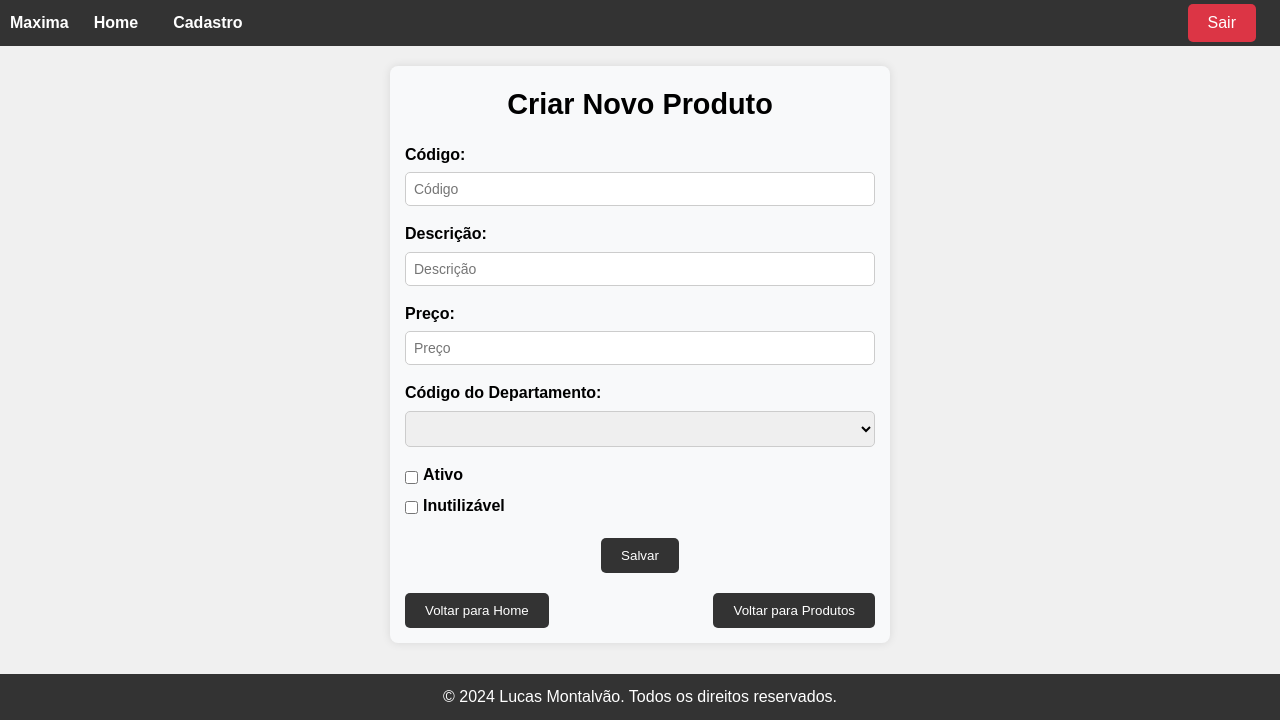
Repository: LucasMontalvao1/ProjetoMaxima
Page: /produto/criar (app in AngularMaxima/)
An editor plug-in stored every save of this project. The page is shown before and after the next save, followed by the edit.
The browser window is 1280 px wide. The pictures show the whole page.
The page's requests for data from a server got no answer. The project was rebuilt for these pictures with package versions that can differ from the ones it lists, and the page was loaded fresh each time. No one was signed in, and anything a server would have sent is missing. Also part of the build but not shown: AngularMaxima/angular.json, AngularMaxima/src/app/pages/login/login.component.ts, AngularMaxima/src/app/pages/home/home.component.ts, AngularMaxima/src/app/pages/produto/produto.component.ts, AngularMaxima/src/app/pages/departamento/departamento.component.ts.

Above is the page before, as saved 2024-07-14 22:16:11.

### AngularMaxima/src/index.html
<!doctype html>
<html lang="en">
<head>
  <meta charset="utf-8">
  <title>AngularMaxima</title>
  <base href="/">
  <meta name="viewport" content="width=device-width, initial-scale=1">
  <link rel="icon" type="image/x-icon" href="favicon.ico">
</head>
<body>
  <app-root></app-root>
</body>
</html>

### AngularMaxima/src/styles.css
* {
  margin: 0;
  padding: 0;
  box-sizing: border-box;
}

body {
  font-family: Arial, sans-serif;
  background-color: #f0f0f0;
  font-size: 16px;
  line-height: 1.6;
}

.container {
  display: flex;
  flex-direction: column;
  justify-content: space-between;
  min-height: 100vh;
}

### AngularMaxima/src/app/app.module.ts
import { NgModule } from '@angular/core';
import { BrowserModule } from '@angular/platform-browser';

import { AppRoutingModule } from './app-routing.module';
import { AppComponent } from './app.component';
import { LoginComponent } from './pages/login/login.component';
import { ReactiveFormsModule } from '@angular/forms';
import { HttpClientModule } from '@angular/common/http';
import { AuthService } from './services/auth.service';
import { HomeComponent } from './pages/home/home.component';
import { MenuComponent } from './layout/menu/menu.component';
import { FooterComponent } from './layout/footer/footer.component';
import { ProdutosComponent } from './pages/produto/produto.component';
import { DepartamentoComponent } from './pages/departamento/departamento.component';
import { ProdutosCriarComponent } from '../../src/app/pages/produto/produto-criar/produto-criar.component';

@NgModule({
  declarations: [
    AppComponent,
    LoginComponent,
    HomeComponent,
    MenuComponent,
    FooterComponent,
    ProdutosComponent,
    DepartamentoComponent,
    ProdutosCriarComponent,

  ],
  imports: [
    BrowserModule,
    AppRoutingModule,
    ReactiveFormsModule,
    HttpClientModule
  ],
  providers: [AuthService],
  bootstrap: [AppComponent]
})
export class AppModule { }

### AngularMaxima/src/app/app-routing.module.ts
import { NgModule } from '@angular/core';
import { RouterModule, Routes } from '@angular/router';
import { LoginComponent } from './pages/login/login.component';
import { HomeComponent } from './pages/home/home.component';
import { ProdutosComponent } from './pages/produto/produto.component';
import { DepartamentoComponent } from './pages/departamento/departamento.component';
import { ProdutosCriarComponent } from './pages/produto/produto-criar/produto-criar.component';

const routes: Routes = [
  { path: '', redirectTo: '/login', pathMatch: 'full'},
  { path: 'login', component: LoginComponent},
  { path: 'home', component: HomeComponent},
  { path: 'produto', component: ProdutosComponent},
  { path: 'produto/criar', component: ProdutosCriarComponent},
  { path: 'departamento', component: DepartamentoComponent},
];

@NgModule({
  imports: [RouterModule.forRoot(routes)],
  exports: [RouterModule]
})
export class AppRoutingModule { }

### AngularMaxima/src/app/app.component.ts
import { Component } from '@angular/core';

@Component({
  selector: 'app-root',
  templateUrl: './app.component.html',
  styleUrls: ['./app.component.css']
})
export class AppComponent {
  title = 'AngularMaxima';
}

### AngularMaxima/src/app/services/auth.service.ts
import { Injectable } from '@angular/core';
import { HttpClient } from '@angular/common/http';
import { Observable } from 'rxjs';
import { environment } from '../../../src/environments/environment';
import { Router } from '@angular/router';

@Injectable({
  providedIn: 'root'
})
export class AuthService {

  private apiUrl = environment.apiUrl;

  constructor(private http: HttpClient, private router: Router) { }

  login(username: string, password: string): Observable<any> {
    const body = { username, password };
    return this.http.post<any>(`${this.apiUrl}/login`, body, { responseType: 'text' as 'json' });
  }

    logout() {
    this.router.navigate(['/login']);
    }
}

### AngularMaxima/src/app/layout/menu/menu.component.ts
import { Component } from '@angular/core';
import { AuthService } from '../../services/auth.service';

@Component({
  selector: 'app-menu',
  templateUrl: './menu.component.html',
  styleUrls: ['./menu.component.css']
})
export class MenuComponent {

  constructor(private authService: AuthService) {}

  logout() {
    this.authService.logout();
  }
}

### AngularMaxima/src/app/pages/produto/produto-criar/produto-criar.component.ts
import { Component, OnInit } from '@angular/core';
import { FormBuilder, FormGroup, Validators } from '@angular/forms';
import { Router } from '@angular/router';
import { ProdutoService } from '../../../services/produto.service';
import { DepartamentoService } from 'src/app/services/departamento.service';
import { Departamento } from 'src/app/models/departamento.model';

@Component({
  selector: 'app-produtos-criar',
  templateUrl: './produto-criar.component.html',
  styleUrls: ['./produto-criar.component.css']
})
export class ProdutosCriarComponent implements OnInit {

  produtoForm!: FormGroup;
  departamentosAtivos: Departamento[] = [];

  constructor(
    private formBuilder: FormBuilder,
    private router: Router,
    private produtoService: ProdutoService,
    private departamentoService: DepartamentoService
  ) {}

  ngOnInit(): void {
    this.produtoForm = this.formBuilder.group({
      codigo: ['', Validators.required],
      descricao: ['', Validators.required],
      preco: ['', Validators.required],
      departamentoCodigo: ['', Validators.required],
      status: [false],
      inutilizavel: [false]
    });

    this.carregarDepartamentos();
  }

  carregarDepartamentos() {
    this.departamentoService.getAllDepartamentos().subscribe(
      (data: Departamento[]) => {
        this.departamentosAtivos = data;
      },
      (error) => {
        console.error('Erro ao carregar departamentos:', error);
      }
    );
  }

  onSubmit() {
    if (this.produtoForm.valid) {
      const statusValue = this.produtoForm.get('status')?.value ? 1 : 0;
      const inutilizavelValue = this.produtoForm.get('inutilizavel')?.value ? 1 : 0;

      const { codigo, descricao, preco, departamentoCodigo } = this.produtoForm.value;

      this.produtoService.createProduto(
        codigo,
        descricao,
        preco,
        departamentoCodigo,
        statusValue,
        inutilizavelValue
      ).subscribe(
        (response) => {
          console.log('Produto criado com sucesso:', response);
          this.router.navigate(['/produtos']);
        },
        (error) => {
          console.error('Erro ao criar produto:', error);
        }
      );
    } else {
      console.error('Formulário inválido. Verifique os campos.');
    }
  }

  voltarParaHome() {
    this.router.navigate(['/home']);
  }

  voltarParaProdutos() {
    this.router.navigate(['/produtos']);
  }
}

### AngularMaxima/src/environments/environment.ts
export const environment = {
  production: false,
  apiUrl: 'https://localhost:7041'
};

### AngularMaxima/src/app/layout/menu/menu.component.html
<div class="menu-container">
  <nav class="menu">
    <ul>
      <li>Maxima</li>
      <li><a routerLink="/home">Home</a></li>
      <li class="cadastro">
        <a>Cadastro</a>
        <div class="submenu">
          <a routerLink="/produto">Produtos</a>
          <a routerLink="/departamento">Departamentos</a>
        </div>
      </li>
    </ul>
  </nav>

  <div class="user-actions">
    <button class="logout-button" (click)="logout()">Sair</button>
  </div>
</div>

### AngularMaxima/src/app/layout/menu/menu.component.css
.menu {
  background-color: #333;
  color: white;
  padding: 10px;
  display: flex;
  justify-content: space-between;
  align-items: center;
  width: 100%;
}

.menu ul {
  list-style-type: none;
  display: flex;
}

.menu ul li {
  margin-right: 15px;
  position: relative;
  font-weight: bold;
}

.menu ul li a {
  color: white;
  text-decoration: none;
  font-weight: bold;
  padding: 10px;
  position: relative;
}

.menu ul li a:hover {
  text-decoration: underline;
}

.submenu {
  display: none;
  position: absolute;
  background-color: #333;
  padding: 10px;
  top: 100%;
  left: 0;
  z-index: 1;
  width: 200px;
}

.menu ul li.cadastro:hover .submenu {
  display: block;
}

.submenu a {
  display: block;
  color: white;
  text-decoration: none;
  padding: 8px 12px;
}

.submenu a:hover {
  background-color: #555;
}

.user-actions {
  margin-left: auto;
}

.logout-button {
  background-color: #dc3545;
  color: white;
  border: none;
  padding: 10px 20px;
  border-radius: 5px;
  cursor: pointer;
  font-size: 1rem;
  margin: 4px;
}

.logout-button:hover {
  background-color: #c82333;
}

.header {
  position: fixed;
  top: 0;
  left: 0;
  width: 100%;
  background-color: #333;
  color: white;
  padding: 10px 20px;
  display: flex;
  justify-content: space-between;
  align-items: center;
}

.menu-container {
  display: flex;
  align-items: center;
}

.user-actions {
  position: absolute;
  top: 0;
  right: 20px;
}

### AngularMaxima/src/app/layout/footer/footer.component.html
<footer class="footer">
  <p>&copy; 2024 Lucas Montalvão. Todos os direitos reservados.</p>
</footer>

### AngularMaxima/src/app/layout/footer/footer.component.css
.footer {
  background-color: #333;
  color: white;
  text-align: center;
  position: fixed;
  bottom: 0;
  left: 0;
  width: 100%;
  padding: 10px 0; /* Ajuste o padding conforme necessário */
}

### AngularMaxima/src/app/services/produto.service.ts
import { Injectable } from '@angular/core';
import { HttpClient } from '@angular/common/http';
import { Observable } from 'rxjs';
import { environment } from '../../../src/environments/environment';
import { Produto } from '../models/produto.model';

@Injectable({
  providedIn: 'root'
})
export class ProdutoService {

  private apiUrl = environment.apiUrl + '/produto';

  constructor(private http: HttpClient) { }

  getAllProdutos(): Observable<Produto[]> {
    return this.http.get<Produto[]>(this.apiUrl);
  }

  getProdutoById(id: number): Observable<Produto> {
    const url = `${this.apiUrl}/${id}`;
    return this.http.get<Produto>(url);
  }

  createProduto(codigo: string, descricao: string, preco: number, departamentoCodigo: string, status: number, inutilizavel: number): Observable<Produto> {
    const produto = {
      id: 0,
      codigo,
      descricao,
      departamentoCodigo,
      preco,
      status,
      inutilizavel
    };

    return this.http.post<Produto>(this.apiUrl, produto);
  }

  updateProduto(id: number, produto: Produto): Observable<Produto> {
    const url = `${this.apiUrl}/${id}`;
    return this.http.put<Produto>(url, produto);
  }

  deleteProduto(id: number): Observable<any> {
    const url = `${this.apiUrl}/${id}`;
    return this.http.delete<any>(url);
  }
}

### AngularMaxima/src/app/services/departamento.service.ts
import { Injectable } from '@angular/core';
import { HttpClient } from '@angular/common/http';
import { Observable } from 'rxjs';
import { environment } from '../../environments/environment';
import { Departamento } from '../models/departamento.model';

@Injectable({
  providedIn: 'root'
})
export class DepartamentoService {

  private apiUrl = environment.apiUrl + '/departamento';

  constructor(private http: HttpClient) { }

  getAllDepartamentos(): Observable<Departamento[]> {
    return this.http.get<Departamento[]>(this.apiUrl);
  }

  getDepartamentoByCodigo(codigo: string): Observable<Departamento> {
    return this.http.get<Departamento>(`${this.apiUrl}/codigo/${codigo}`);
  }

  createDepartamento(departamento: Departamento): Observable<Departamento> {
    return this.http.post<Departamento>(this.apiUrl, departamento);
  }

  updateDepartamento(id: number, departamento: Departamento): Observable<Departamento> {
    return this.http.put<Departamento>(`${this.apiUrl}/${id}`, departamento);
  }

  deleteDepartamento(id: number): Observable<any> {
    return this.http.delete<any>(`${this.apiUrl}/${id}`);
  }
}

### AngularMaxima/src/app/pages/produto/produto-criar/produto-criar.component.html
<app-menu></app-menu>

<div class="container">
  <div class="form-container">
    <h2 class="titulo">Criar Novo Produto</h2>
    <form *ngIf="produtoForm" [formGroup]="produtoForm" (ngSubmit)="onSubmit()">
      <div class="form-group">
        <label for="codigo">Código:</label>
        <input type="text" class="form-control" id="codigo" formControlName="codigo" placeholder="Código">
        <div *ngIf="produtoForm.get('codigo')?.invalid && produtoForm.get('codigo')?.touched" class="invalid-feedback">
          Código é obrigatório.
        </div>
      </div>
      <div class="form-group">
        <label for="descricao">Descrição:</label>
        <input type="text" class="form-control" id="descricao" formControlName="descricao" placeholder="Descrição">
        <div *ngIf="produtoForm.get('descricao')?.invalid && produtoForm.get('descricao')?.touched" class="invalid-feedback">
          Descrição é obrigatória.
        </div>
      </div>
      <div class="form-group">
        <label for="preco">Preço:</label>
        <input type="number" class="form-control" id="preco" formControlName="preco" placeholder="Preço">
        <div *ngIf="produtoForm.get('preco')?.invalid && produtoForm.get('preco')?.touched" class="invalid-feedback">
          Preço é obrigatório.
        </div>
      </div>
      <div class="form-group">
        <label for="departamentoCodigo">Código do Departamento:</label>
        <select class="form-control" id="departamentoCodigo" formControlName="departamentoCodigo">
          <option *ngFor="let departamento of departamentosAtivos" [value]="departamento.codigo">{{ departamento.descricao }}</option>
        </select>
        <div *ngIf="produtoForm.get('departamentoCodigo')?.invalid && produtoForm.get('departamentoCodigo')?.touched" class="invalid-feedback">
          Código do Departamento é obrigatório.
        </div>
      </div>
      <div class="form-group">
        <div class="form-check-inline">
          <input type="checkbox" class="form-check-input" id="status" formControlName="status">
          <label class="form-check-label" for="status">Ativo</label>
        </div>
        <div class="form-check-inline">
          <input type="checkbox" class="form-check-input" id="inutilizavel" formControlName="inutilizavel">
          <label class="form-check-label" for="inutilizavel">Inutilizável</label>
        </div>
      </div>
      <button type="submit" class="btn btn-primary mt-3">Salvar</button>
    </form>
    <div class="button-group mt-3">
      <button class="btn btn-secondary" routerLink="/home">Voltar para Home</button>
      <button class="btn btn-secondary" routerLink="/produto">Voltar para Produtos</button>
    </div>
  </div>
</div>


<app-footer></app-footer>

### AngularMaxima/src/app/pages/produto/produto-criar/produto-criar.component.css
.container {
  display: flex;
  justify-content: center;
  align-items: center;
  min-height: calc(100vh - 140px);
  padding-top: 20px;
  padding-bottom: 20px;
}

.form-container {
  max-width: 500px;
  width: 100%;
  padding: 15px;
  background-color: #f8f9fa;
  border-radius: 8px;
  box-shadow: 0 0 10px rgba(0, 0, 0, 0.1);
  text-align: center;
}

.titulo {
  font-size: 1.8rem;
  margin-bottom: 15px;
}

.form-group {
  margin-bottom: 15px;
  text-align: left;
}

.form-group label {
  display: block;
  margin-bottom: 5px;
  font-weight: bold;
}

.form-group .form-control {
  width: 100%;
  padding: 8px;
  font-size: 14px;
  border: 1px solid #ccc;
  border-radius: 5px;
}

.form-check {
  display: flex;
  align-items: center;
  margin-bottom: 10px;
}

.form-check-inline {
  display: flex;
  align-items: center;
  margin-right: 20px;
}

.form-check-label {
  margin-left: 5px;
}

.invalid-feedback {
  color: #dc3545;
  font-size: 14px;
  margin-top: 5px;
}

.btn-primary {
  background-color: #333;
  color: white;
  border: none;
  padding: 10px 20px; /* Ajustar o padding do botão */
  border-radius: 5px;
  cursor: pointer;
}

.btn-primary:hover {
  background-color: #0056b3;
}

.btn-secondary {
  background-color: #333;
  color: white;
  border: none;
  padding: 10px 20px;
  border-radius: 5px;
  cursor: pointer;
}

.btn-secondary:hover {
  background-color: #0056b3;
}

.button-group {
  display: flex;
  justify-content: space-between;
  margin-top: 20px;
}

Loaded but not shown: AngularMaxima/src/main.ts (common file); AngularMaxima/src/app/layout/footer/footer.component.ts (common file); AngularMaxima/src/app/app.component.html (common file); AngularMaxima/src/app/app.component.css (no stored copy; drawn as an empty file)

After the next save:
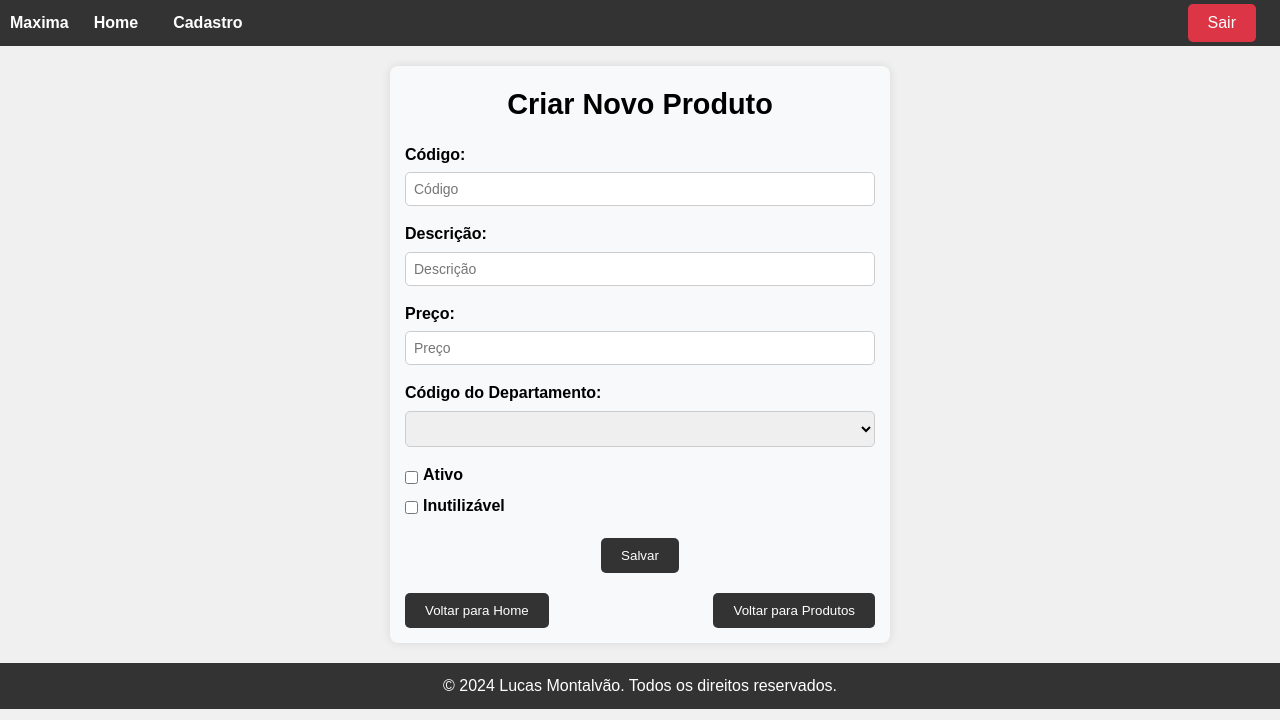
Saved 41 s later.
--- a/AngularMaxima/src/app/layout/footer/footer.component.css
+++ b/AngularMaxima/src/app/layout/footer/footer.component.css
@@ -2,9 +2,6 @@
   background-color: #333;
   color: white;
   text-align: center;
-  position: fixed;
-  bottom: 0;
-  left: 0;
+  padding: 10px 0;
   width: 100%;
-  padding: 10px 0; /* Ajuste o padding conforme necessário */
 }
